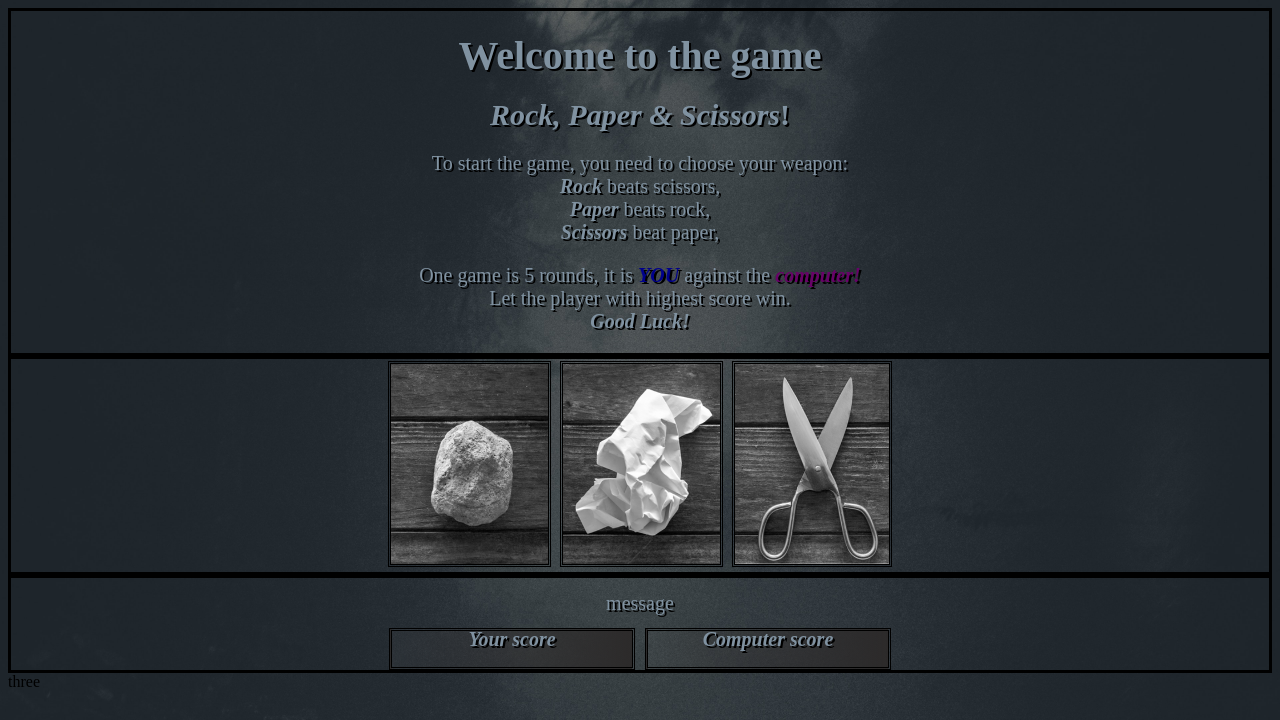
Repository: agneta1991/rock-paper-scissors
Page: Desktop/coding/index.html
These files come from the project's save history. The page is drawn as it stood at one moment and after the next save; the edit follows.
The browser window is 1280 px wide. The pictures show the whole page.

Above is the page before, as saved 2023-03-03 07:09:06.

### Desktop/coding/index.html
<!DOCTYPE html>
<html lang="en">
<head>
    <meta charset="UTF-8">
    <title>Rock Paper Scissors</title>
    <link rel="styleSheet" href='styles.css'>
    <link rel="javascript.js" href="javascript.js" defer>
</head>
<body>
    <div class="container1">
        <div class="title">
            <h1>Welcome to the game </h1>
            <h2><span>Rock, Paper & Scissors</span>!</h2>
            <p>To start the game, you need to choose your weapon:<br>
            <span>Rock</span> beats scissors, <br>
            <span>Paper</span> beats rock, <br>
            <span>Scissors</span> beat paper,</p>
            <p>One game is 5 rounds, it is <span style="color: darkblue">YOU</span> against the <span style="color: rgb(104, 2, 104)">computer!</span><br>
            Let the player with highest score win.<br>
        <span>Good Luck!</span></p>
        </div>
    </div>
    <div class ="container2">
        <div class="options">
            <button class="rock"> <img src='images/rock.png'></button>
            <button class="paper"><img src='images/paper.png'></button>
            <button class="scissors"><img src='images/scissors.png'></button>
        </div>
    </div>
    <div class="container3">
        <div class="displayed">message</div>
        <div class="score">
            <div class="playerScore"><span>Your score<span></span>
            <p class="displayedPlayerScore"></p></div>
            <div class="computerScore"><span>Computer score<span></span>
            <p class="displayedComputerScore"></p></div></div>
        </div>
three
    </div>
</body>
</html>

### Desktop/coding/styles.css
body{
    background-image: url('images/background.jpg');
    background-size:100%;
}
h1, h2{
    line-height: 90%;
}

.container1, .container2, .container3{
    border: solid black;
    color: rgb(128, 146, 161);
    text-shadow: 2px 2px black;
    font-size: 20px;
}
span{
    font-weight: bold;
    font-style: italic;
}
.container1{
    display: flex;
    justify-content: center;
    text-align: center;
}


img{
    width: auto ;
    height: 200px ;
    border-style: double;
}

.container2 {
    display: flex;
    justify-content: center;
    gap: 8px;
}
button{
    background-color: transparent;
    padding: 0%;
    border-color: transparent;
}


img {
    -webkit-filter:
    grayscale(100%);
    filter:grayscale(100%);
    -webkit-transition: .2s
    ease-in-out;
    transition: .2s ease-in-out;
}

img:hover {
    -webkit-filter:grayscale(0);
    filter:grayscale(0);
    transform: scale(1.1);
}

.playerScore, .computerScore {
    line-height: 80%;
    border: black;
    width: 240px;
    border-style: double;
    background-image: linear-gradient(to right, rgba(156, 146, 146, 0.055),rgb(44, 42, 42) );
}

.score{
    display: flex;
    justify-content: center;
    text-align: center;
    gap: 10px;

}

.displayed{
    line-height: 50px;
    display: flex;
    justify-content: center;
    text-align: center;
}

After the next save:
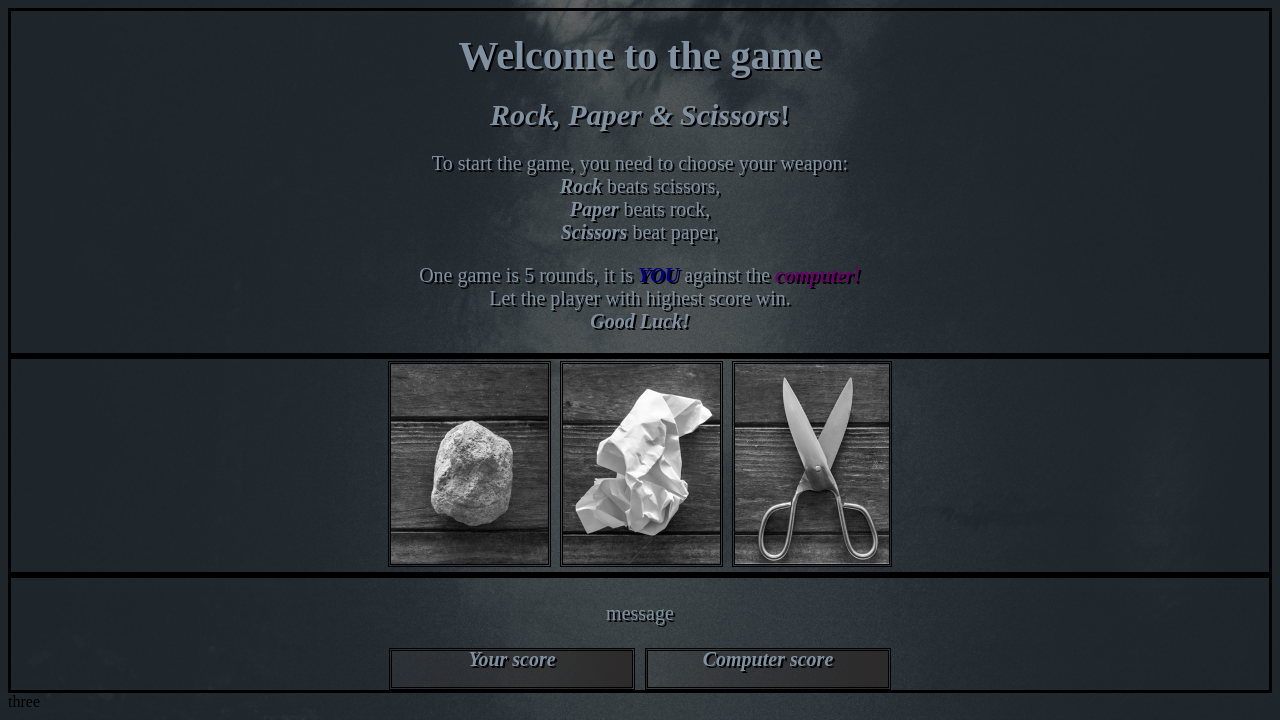
Saved 12 s later.
--- a/Desktop/coding/styles.css
+++ b/Desktop/coding/styles.css
@@ -73,7 +73,7 @@ img:hover {
 }
 
 .displayed{
-    line-height: 50px;
+    line-height: 70px;
     display: flex;
     justify-content: center;
     text-align: center;
